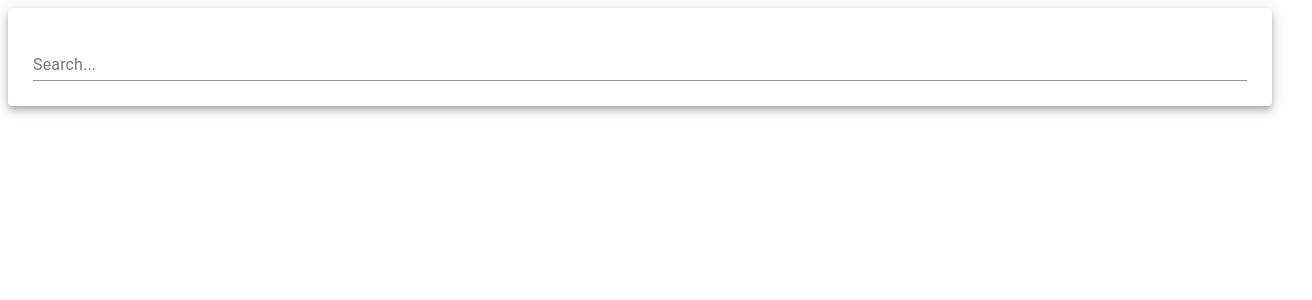
Repository: Vickydew1/YouTube_Clone
Page: /
An editor plug-in stored every save of this project. The page is shown before and after the next save, followed by the edit.
The browser window is 1280 px wide. The page is 1312 px wide, so the pictures cover 1312 px, including what lies to the right of the window. The pictures show the whole page.
The project was rebuilt for these pictures with package versions that can differ from the ones it lists, and the page was loaded fresh each time.

Above is the page before, as saved 2022-03-02 09:54:32.

### src/App.js
import React from "react";
import youtube from "./api/youtube";
import { Grid } from "@material-ui/core";

import { SearchBar, VideoDetail } from "./components";

// import { VideoList } from "./components/VideoList";

class App extends React.Component {
  state = {
    video: [],
    selectedVideo: null,
  };
  handleSubmit = async (searchTerm) => {
    const response = await youtube.get("search", {
      params: {
        part: "snippet",
        maxResults: 5,
        key: "AIzaSyAXLDQR2yjJdQyC_Hruacd21UQA1x5q95Y",
        q: searchTerm,
      },
    });

    this.setState({
      video: response.data.items,
      selectedVideo: response.data.items[0],
    });
  };

  render() {
    const { selectedVideo } = this.state;
    return (
      <Grid justifyContent="center" container spacing={10}>
        <Grid item xs={12}>
          <Grid container spacing={10}>
            <Grid item xs={12}>
              <SearchBar onFormSubmit={this.handleSubmit} />
            </Grid>
            <Grid item xs={8}>
              <VideoDetail video={selectedVideo} />
            </Grid>
            <Grid item xs={4}>
              {/*  {video List}  */}
            </Grid>
          </Grid>
        </Grid>
      </Grid>
    );
  }
}

export default App;

### src/components/index.js
export { default as SearchBar } from "./SearchBar";
export { default as VideoDetail } from "./VideoDetail";

### src/components/SearchBar.js
import React from "react";

import { Paper, TextField } from "@material-ui/core";

class SearchBar extends React.Component {
  state = {
    searchTerm: "",
  };

  handleChange = (event) => {
    this.setState({
      searchTerm: event.target.value,
    });
  };

  handleSubmit = () => {
    const { searchTerm } = this.state;
    const { onFormSubmit } = this.props;

    onFormSubmit(searchTerm);

    // eslint-disable-next-line no-restricted-globals
    event.preventDefault();
  };

  render() {
    return (
      <Paper elevation={6} style={{ padding: "25px" }}>
        <form onSubmit={this.handleSubmit}>
          <TextField fullWidth label="Search..." onChange={this.handleChange} />
        </form>
      </Paper>
    );
  }
}

export default SearchBar;

### src/components/VideoDetail.js
import React from "react";
import { Paper, Typography } from "@material-ui/core";

const VideoDetail = ({ video }) => {
  return (
    <React.Fragment>
      <Paper></Paper>
      <Paper></Paper>
    </React.Fragment>
  );
};

export default VideoDetail;

Loaded but not shown: public/index.html (common file); src/index.js (common file); src/api/youtube.js (common file)

After the next save:
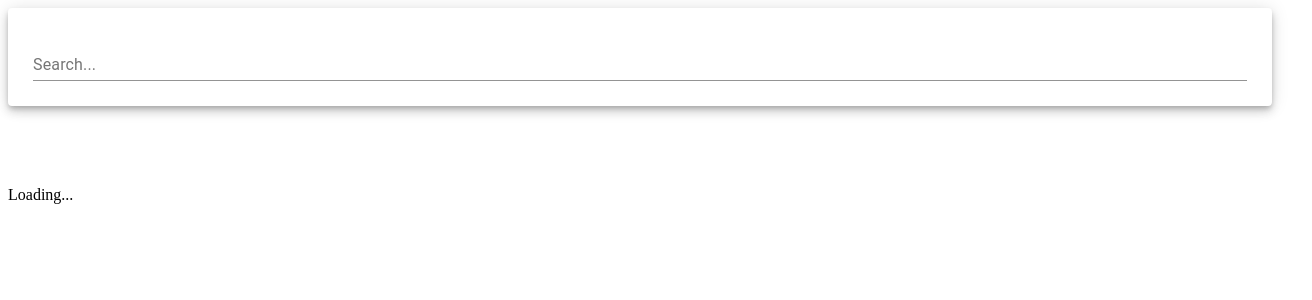
Saved 21 h 29 min later.
--- a/src/components/VideoDetail.js
+++ b/src/components/VideoDetail.js
@@ -2,10 +2,22 @@ import React from "react";
 import { Paper, Typography } from "@material-ui/core";
 
 const VideoDetail = ({ video }) => {
+  if (!video) return <div>Loading...</div>;
+
+  const cideoSrc = `https://www.youtube.com/embed/${video.id.videoId}`;
+
   return (
     <React.Fragment>
-      <Paper></Paper>
-      <Paper></Paper>
+      <Paper elevation={6} style={{ height: "70%" }}>
+        <iframe
+          frameBorder="0"
+          height="100%"
+          width="100%"
+          title="Video Player"
+          src=""
+        />
+      </Paper>
+      <Paper elevation={6} style={{ padding: "15px" }}></Paper>
     </React.Fragment>
   );
 };
